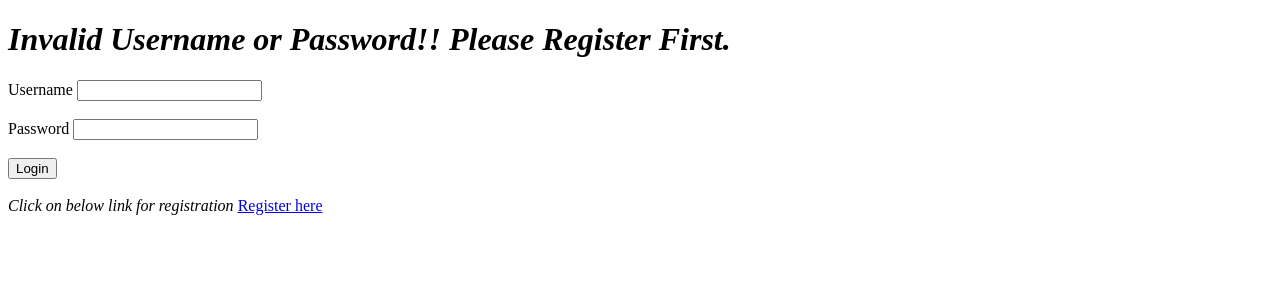
Repository: SwatiJajoriya/JPAForeignKey
Page: http://localhost/SportyShoes/fail.jsp
These files come from the project's save history. The page is drawn as it stood at one moment and after the next save; the edit follows.
The browser window is 1280 px wide. The pictures show the whole page.
The page is served by Tomcat 9.

Above is the page before, as saved 2023-01-28 12:37:46.

After the next save:
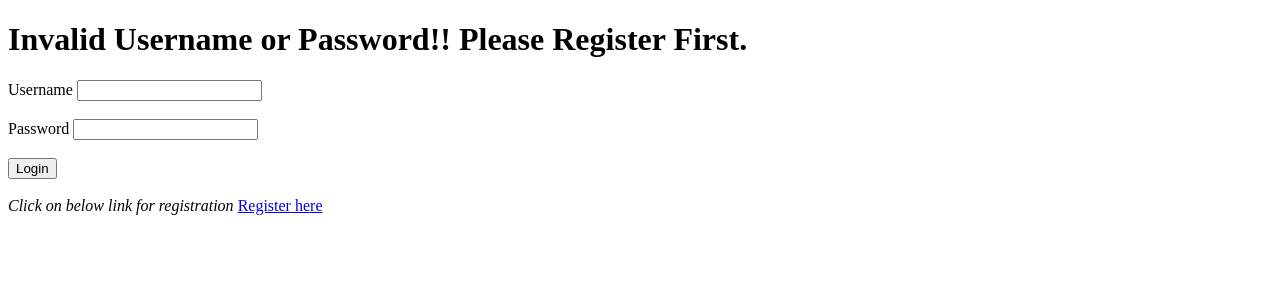
Saved 30 s later.
--- a/SportyShoes/src/main/webapp/fail.jsp
+++ b/SportyShoes/src/main/webapp/fail.jsp
@@ -7,7 +7,7 @@
 <title>Insert title here</title>
 </head>
 <body>
-<h1><i>Invalid Username or Password!! Please Register First.</i></h1>
+<h1>Invalid Username or Password!! Please Register First.</h1>
 <%@include file="userlogin.jsp" %>
 <br>
 <i>Click on below link for registration</i>

After the save that followed:
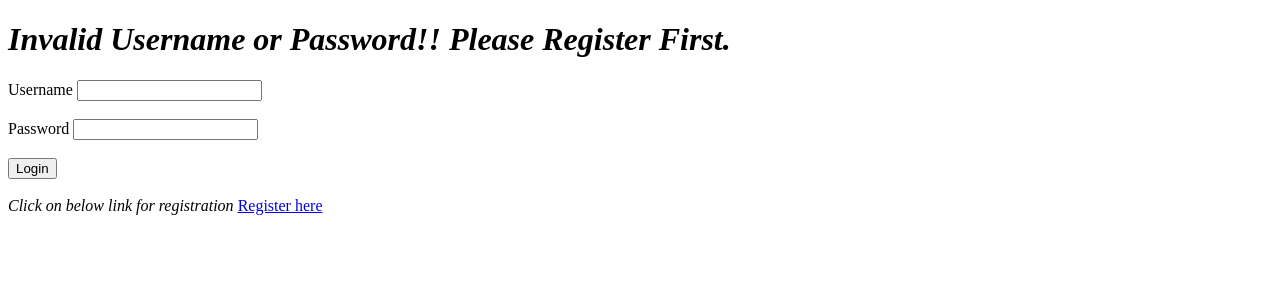
Saved 40 s later.
--- a/SportyShoes/src/main/webapp/fail.jsp
+++ b/SportyShoes/src/main/webapp/fail.jsp
@@ -7,7 +7,7 @@
 <title>Insert title here</title>
 </head>
 <body>
-<h1>Invalid Username or Password!! Please Register First.</h1>
+<h1><i>Invalid Username or Password!! Please Register First.</i></h1>
 <%@include file="userlogin.jsp" %>
 <br>
 <i>Click on below link for registration</i>
